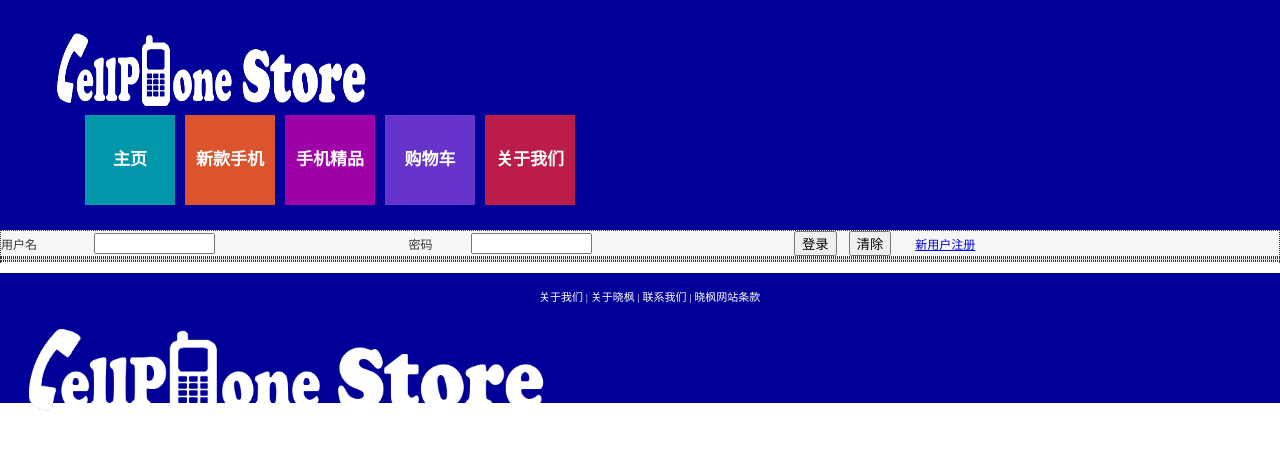
Repository: Jefsky/phonemarket
Page: http://localhost/phonemarket/user/index.jsp
The author's editor kept a copy of each file at every save. The page is drawn from the files as they stood at one save, then again after the next save.
The browser window is 1280 px wide. The pictures show the whole page.
The page is served by Tomcat 9. Queries for data that is not in the repository find no rows.

Above is the page before, as saved 2014-06-26 02:02:24.

After the next save:
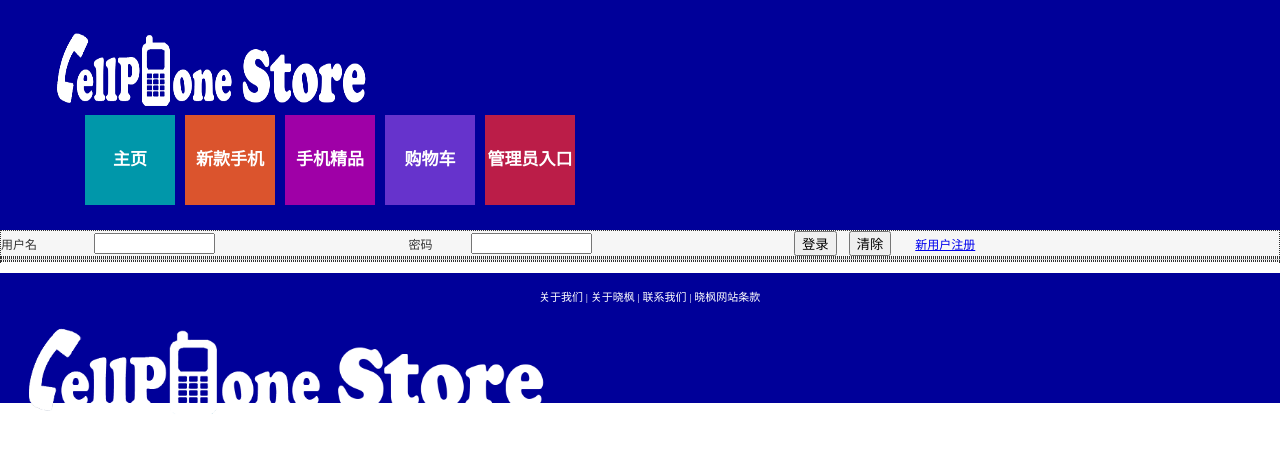
Saved 2 min 22 s later.
--- a/phonemarket/phonemarket/WebContent/user/top.jsp
+++ b/phonemarket/phonemarket/WebContent/user/top.jsp
@@ -14,10 +14,10 @@
 	</div>
 	<ul id="color">
 		<li class = "color1"><a href = "index.jsp">主页</a></li>
-		<li><a>新款手机</a></li>
+		<li><a href = "../admin/index.jsp">新款手机</a></li>
 		<li class = "color2"><a href = "../admin/index.jsp">手机精品</a></li>
 		<li class = "color3"><a href = "shoppingcart.jsp">购物车</a></li>
-		<li class = "color4"><a href = "#">关于我们</a></li>
+		<li class = "color4"><a href = "#">管理员入口</a></li>
 	</ul>
 
 
